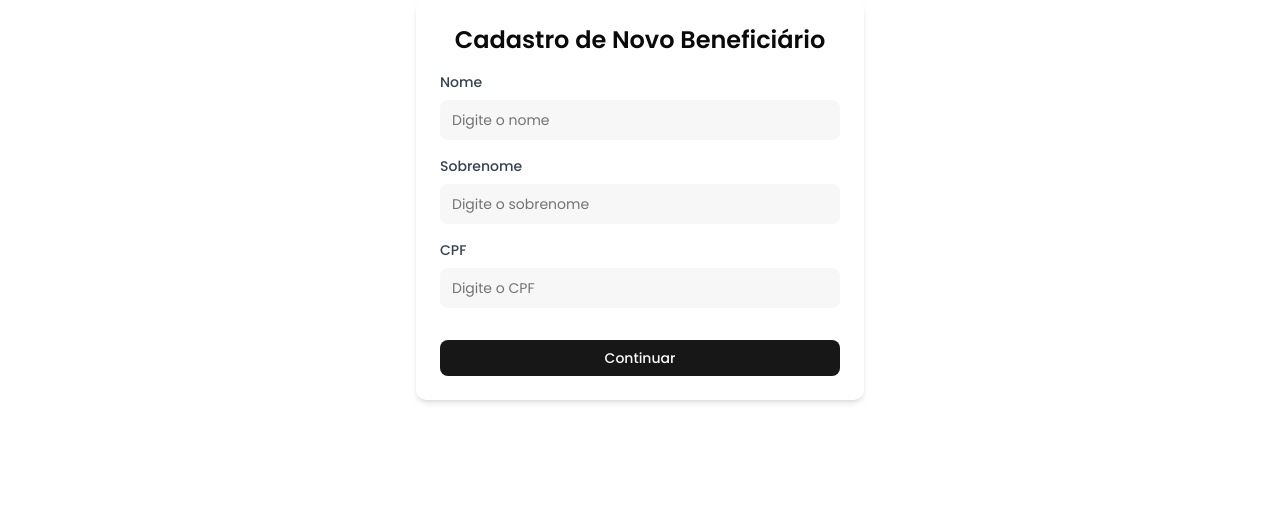
Repository: C-26hub/PI2-Front
Page: /benefeciario
The author's editor kept a copy of each file at every save. The page is drawn from the files as they stood at one save, then again after the next save.
The browser window is 1280 px wide. The pictures show the whole page.
The project was rebuilt for these pictures with package versions that can differ from the ones it lists, and the page was loaded fresh each time. The framework's server and built-in components were replaced by stand-ins that run in the browser.

Above is the page before, as saved 2025-11-14 19:09:41.

After the next save:
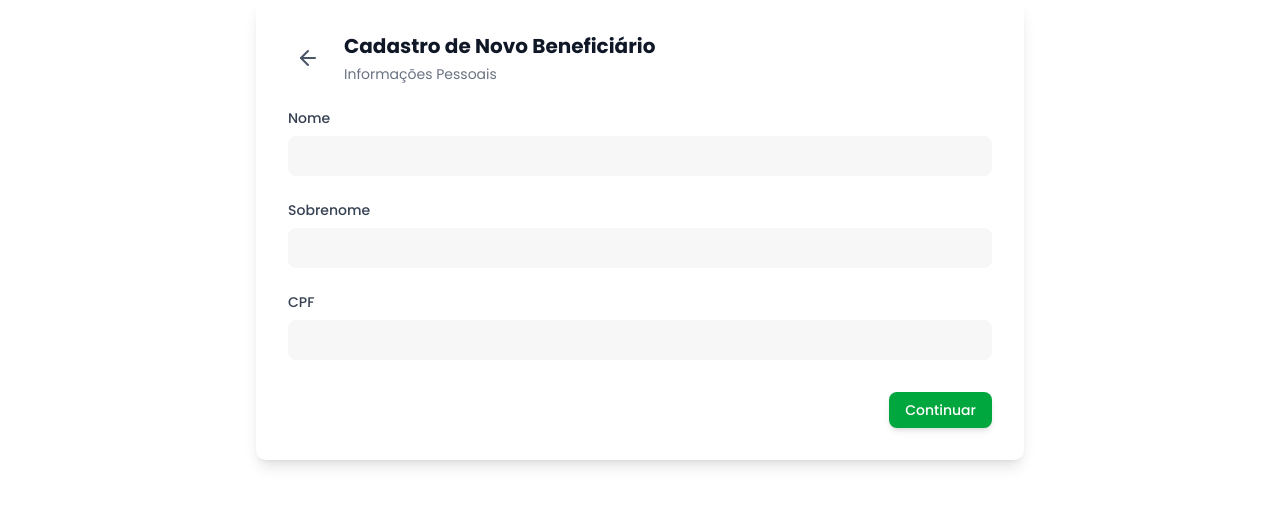
Saved 3 min 2 s later.
--- a/src/app/benefeciario/page.tsx
+++ b/src/app/benefeciario/page.tsx
@@ -1,8 +1,9 @@
-"use client";  // Certifique-se de ter isso no topo do arquivo, como já discutimos.
+"use client";
 
 import { Button } from "@/components/ui/button";
 import { Input } from "@/components/ui/input";
 import { useState } from "react";
+import { ArrowLeft } from "lucide-react"; // Importando o ícone de seta
 
 const CadastroBeneficiario = () => {
   const [nome, setNome] = useState("");
@@ -13,45 +14,81 @@ const CadastroBeneficiario = () => {
     console.log("Cadastro realizado:", { nome, sobrenome, cpf });
   };
 
+  // Função de exemplo para voltar, pode ser substituída por um router.back() real
+  const handleBack = () => {
+    console.log("Voltar para a página anterior");
+  };
+
   return (
-    <div className="w-full max-w-md mx-auto p-6 bg-white shadow-md rounded-lg">
-      <h2 className="text-2xl font-semibold mb-4 text-center">Cadastro de Novo Beneficiário</h2>
-      <div className="mb-4">
-        <label htmlFor="nome" className="block text-sm font-medium text-gray-700">Nome</label>
-        <Input
-          id="nome"
-          type="text"
-          value={nome}
-          onChange={(e) => setNome(e.target.value)}
-          placeholder="Digite o nome"
-          className="mt-2"
-        />
+    // O container principal foi ajustado para ser mais largo (max-w-3xl) e o padding interno foi reduzido (p-8)
+    // O mx-auto centraliza o card, mas o fundo com o padrão de mapa não pode ser replicado aqui.
+    <div className="w-full max-w-3xl mx-auto p-8 bg-white shadow-lg rounded-lg">
+      {/* Cabeçalho com o botão de voltar e o título */}
+      <div className="flex items-center mb-6">
+        {/* Botão de Voltar - Estilizado para ser discreto e alinhado ao design */}
+        <button onClick={handleBack} className="p-2 mr-4 text-gray-600 hover:text-gray-800 rounded-full transition-colors">
+          <ArrowLeft className="w-6 h-6" />
+        </button>
+        <div>
+          {/* Título principal - Ajustado para ser menor e sem centralização */}
+          <h2 className="text-xl font-bold text-gray-900">Cadastro de Novo Beneficiário</h2>
+          {/* Subtítulo "Informações Pessoais" */}
+          <p className="text-sm text-gray-500 mt-1">Informações Pessoais</p>
+        </div>
       </div>
-      <div className="mb-4">
-        <label htmlFor="sobrenome" className="block text-sm font-medium text-gray-700">Sobrenome</label>
-        <Input
-          id="sobrenome"
-          type="text"
-          value={sobrenome}
-          onChange={(e) => setSobrenome(e.target.value)}
-          placeholder="Digite o sobrenome"
-          className="mt-2"
-        />
+
+      {/* Campos de Input */}
+      <div className="space-y-6">
+        {/* Campo Nome */}
+        <div>
+          <label htmlFor="nome" className="block text-sm font-medium text-gray-700 mb-2">Nome</label>
+          <Input
+            id="nome"
+            type="text"
+            value={nome}
+            onChange={(e) => setNome(e.target.value)}
+            // Removido o placeholder para corresponder à imagem
+            className="h-10 border-gray-300 focus:border-green-500 focus:ring-green-500"
+          />
+        </div>
+
+        {/* Campo Sobrenome */}
+        <div>
+          <label htmlFor="sobrenome" className="block text-sm font-medium text-gray-700 mb-2">Sobrenome</label>
+          <Input
+            id="sobrenome"
+            type="text"
+            value={sobrenome}
+            onChange={(e) => setSobrenome(e.target.value)}
+            // Removido o placeholder para corresponder à imagem
+            className="h-10 border-gray-300 focus:border-green-500 focus:ring-green-500"
+          />
+        </div>
+
+        {/* Campo CPF */}
+        <div>
+          <label htmlFor="cpf" className="block text-sm font-medium text-gray-700 mb-2">CPF</label>
+          <Input
+            id="cpf"
+            type="text"
+            value={cpf}
+            onChange={(e) => setCpf(e.target.value)}
+            // Removido o placeholder para corresponder à imagem
+            className="h-10 border-gray-300 focus:border-green-500 focus:ring-green-500"
+          />
+        </div>
       </div>
-      <div className="mb-4">
-        <label htmlFor="cpf" className="block text-sm font-medium text-gray-700">CPF</label>
-        <Input
-          id="cpf"
-          type="text"
-          value={cpf}
-          onChange={(e) => setCpf(e.target.value)}
-          placeholder="Digite o CPF"
-          className="mt-2"
-        />
+
+      {/* Botão Continuar - Alinhado à direita e com cor verde personalizada */}
+      <div className="flex justify-end mt-8">
+        <Button
+          onClick={handleSubmit}
+          // Cor de fundo e hover ajustados para um verde que se assemelha ao da imagem
+          className="bg-green-600 hover:bg-green-700 text-white font-medium py-2 px-4 rounded-md shadow-md"
+        >
+          Continuar
+        </Button>
       </div>
-      <Button onClick={handleSubmit} className="w-full mt-4">
-        Continuar
-      </Button>
     </div>
   );
 };
